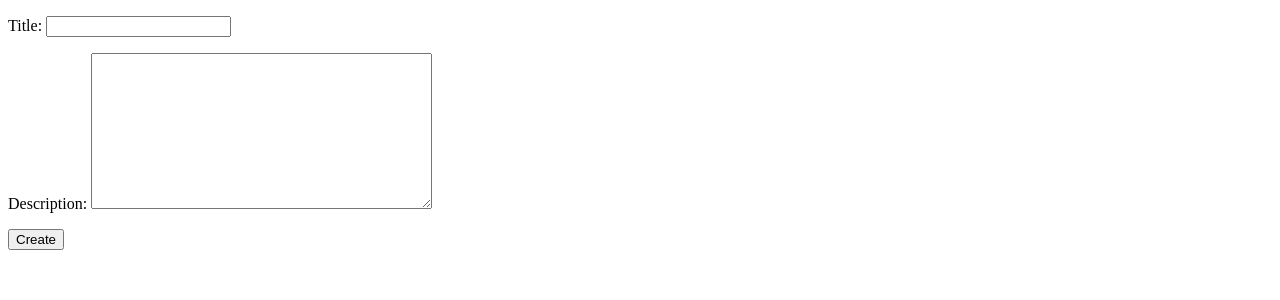
Repository: JasonMorta/Django-todo-crud-app
Page: http://localhost/create/
An editor plug-in stored every save of this project. The page is shown before and after the next save, followed by the edit.
The browser window is 1280 px wide. The pictures show the whole page.
The page is served by the project's application, run on Django 4.2 (manage.py).

Above is the page before, as saved 2023-06-20 19:34:08.

After the next save:
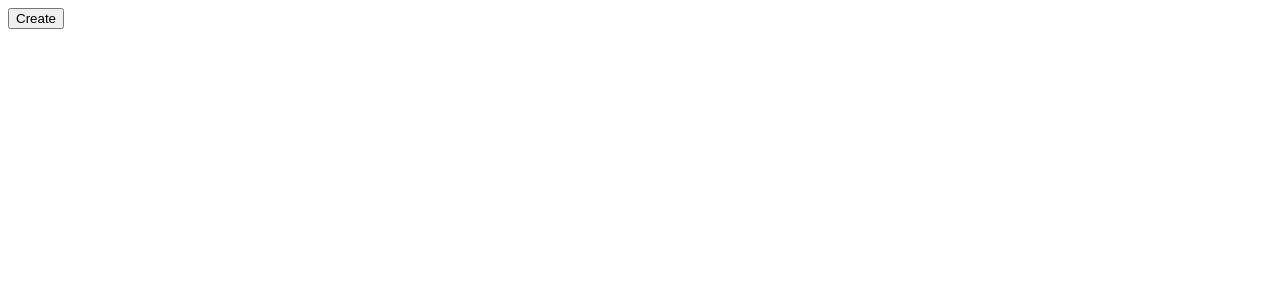
Saved 3 min 52 s later.
--- a/todo_list/todo_app/templates/todo_app/todo_create.html
+++ b/todo_list/todo_app/templates/todo_app/todo_create.html
@@ -9,7 +9,7 @@
 <body>
   <form method="post">
     {% csrf_token %}
-    {{ form.as_p }}
+    <!-- {{ form.as_p }} -->
     <button type="submit">Create</button>
   </form>
 

After the save that followed:
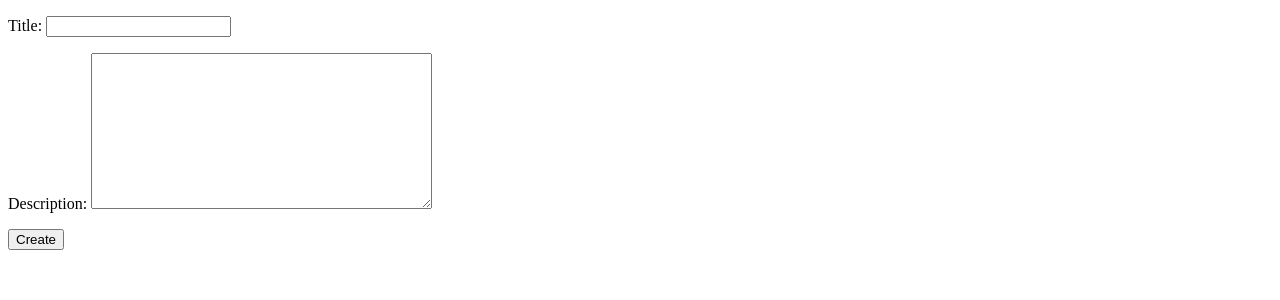
Saved 20 s later.
--- a/todo_list/todo_app/templates/todo_app/todo_create.html
+++ b/todo_list/todo_app/templates/todo_app/todo_create.html
@@ -9,7 +9,7 @@
 <body>
   <form method="post">
     {% csrf_token %}
-    <!-- {{ form.as_p }} -->
+    {{ form.as_p }}
     <button type="submit">Create</button>
   </form>
 
